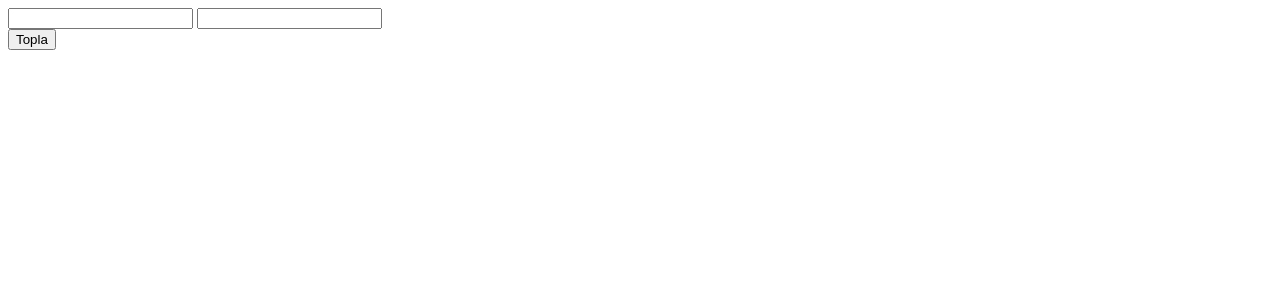
Repository: akifkerimgunsal/exercises-from-csharp-js-and-sqlqueries
Page: Javascript Beginner Exercises/1-Toplama_Coding/public/Toplama.html
The author's editor kept a copy of each file at every save. The page is drawn from the files as they stood at one save, then again after the next save.
The browser window is 1280 px wide. The pictures show the whole page.

Above is the page before, as saved 2024-02-11 11:37:26.

### Javascript Beginner Exercises/1-Toplama_Coding/public/Toplama.html
<!DOCTYPE html>
<html>
<head>
	<meta charset="UTF-8">
	<title>Toplama</title>
	<script type="text/javascript" src="Toplama.js"></script>
</head>
<body>
	<input id="input1" type="text" >
	<input id="input1" type="text" > <br>
	<button> Topla </button>
</body>
</html>

### Javascript Beginner Exercises/1-Toplama_Coding/public/Toplama.js
/**
 *
 */

 function topla() {
	 alert("sa");
 }

After the next save:
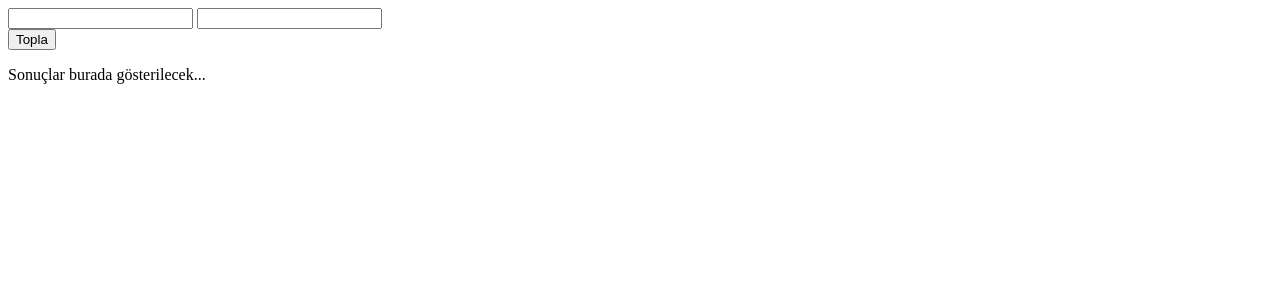
Saved 2 s later.
--- a/Javascript Beginner Exercises/1-Toplama_Coding/public/Toplama.html
+++ b/Javascript Beginner Exercises/1-Toplama_Coding/public/Toplama.html
@@ -8,6 +8,7 @@
 <body>
 	<input id="input1" type="text" >
 	<input id="input1" type="text" > <br>
-	<button> Topla </button>
+	<button onclick="topla()"> Topla </button>
+	<p id="p1"> Sonuçlar burada gösterilecek...</p>
 </body>
 </html>
